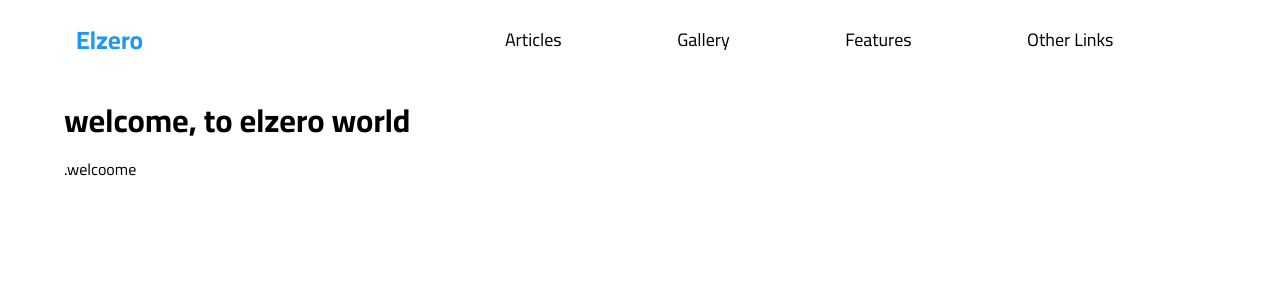
Repository: Toqa-25/elzeroAcdemey-Templete
Page: index.html
These files come from the project's save history. The page is drawn as it stood at one moment and after the next save; the edit follows.
The browser window is 1280 px wide. The pictures show the whole page.

Above is the page before, as saved 2022-01-16 20:55:25.

### index.html
<!DOCTYPE html>
<html lang="en">
<head>
    <meta charset="UTF-8">
    <meta http-equiv="X-UA-Compatible" content="IE=edge">
    <meta name="viewport" content="width=device-width, initial-scale=1.0">
    <!-- normalize file -->
    <link rel="stylesheet" href="css/normalize.css">
    <!-- css files -->
    <link rel="stylesheet" href="css/style.css">
    <!-- fontAwosem file -->
    <link rel="stylesheet" href="css/all.min.css">
     <!-- font files -->
     <link rel="preconnect" href="https://fonts.googleapis.com">
    <link rel="preconnect" href="https://fonts.gstatic.com" crossorigin>
    <link href="https://fonts.googleapis.com/css2?family=Cairo:wght@200;400;700;800;900&display=swap" rel="stylesheet">
    <!-- page title -->
    <title>templete 3</title>
</head>
<body>
    <!-- header section -->
    <header id="" class="">
        <div class="container">
            <div class="header-content">
                <div class="header-content-logo">
                    <a href="index.html" class="logo link-none">Elzero</a>
                </div>
                <nav>
                    <ul class="nav-list unlist">
                        <li class="nav-list-item"> <a href="" class="link-none  link-style" id="articles">articles</a></li>
                        <li class="nav-list-item"> <a href="" class="link-none  link-style" id="gallery">gallery</a></li>
                        <li class="nav-list-item"> <a href="" class="link-none  link-style" id="features">features</a></li>
                        <li class="nav-list-item" id="parent-other-links"> <a href="javascript:;" class="link-none  link-style " >other links</a>
                            <div class="other-links " id="child-other-links">
           <div class="other-links-content">
            <div class="other-links-content-img">
                <img src="images/header/Video files-amico.svg" alt="">
            </div>

            <ul class="other-links-list unlist">
            <div class="other-links-list-group-one">
              <li id="" class="other-links-list-item"><a href="" class="link-none  link-style "><i class="far fa-comments"></i> testimonials</a></li>
              <li id="" class="other-links-list-item"><a href="" class="link-none  link-style "><i class="far fa-user"></i> team member</a></li>
              <li id="" class="other-links-list-item"><a href="" class="link-none  link-style"><i class="far fa-building"></i> services</a></li>
              <li id="" class="other-links-list-item"><a href="" class="link-none  link-style"><i class="far fa-check-circle"></i> our skils</a></li>
              <li id="" class="other-links-list-item"><a href="" class="link-none  link-style"><i class="far fa-clipboard"></i> how it work</a></li>
            </div>
            <div class="other-links-list-group-one">
                <li id="" class="other-links-list-item"><a href="" class="link-none  link-style"><i class="far fa-calendar-alt"></i> events</a></li>
                <li id="" class="other-links-list-item"><a href="" class="link-none  link-style"><i class="fas fa-server"></i> pricing planes</a></li>
                <li id="" class="other-links-list-item"><a href="" class="link-none  link-style"><i class="far fa-play-circle"></i> top video</a></li>
                <li id="" class="other-links-list-item"><a href="" class="link-none  link-style"><i class="fas fa-chart-bar"></i> states</a></li>
                <li id="" class="other-links-list-item"><a href="" class="link-none  link-style"><i class="fas fa-percent"></i> request a discount</a></li>
            </div>
        </ul>
       </div>
       </div>
                        </li>

                    </ul>
                </nav>
            </div>
        </div>
    </header>
    <!-- welcom section -->
    <section id="welcome" class="welcome">
        <div class="container">
            <div class="welcome-content">
                <div class="welcome-content-text">
                    <h1 class="welcome-content-text">welcome, to elzero world</h1>
                    .welcoome
                </div>
                <div class="welcome-content-img"></div>
            </div>
        </div>

    </section>


       <script src="script.js">

       </script>
</body>
</html>

### css/style.css
 /*
  - container
  -section head

 */
 /* global style */
 :root{
     /* --main-color:#45B2F8; */
     --main-color:#2196F3;
     --s-background:#ececec54;
     /* --s-background:#ecececa4; */
     --p-color:#D6ECEC;
 }

 *{
     box-sizing: border-box;
     margin: 0;
     padding: 0;
 }
html , body{
    width: 100%;
    height: 100%;
    margin: 0;
    padding: 0;
    overflow: hidden;
}
 body{
     font-family: "Cairo", sans-serif;
 }
 .container{
      width: 90%;
      margin:0 auto;
      /* padding: 15px 0; */
 }
 .link-none{
     text-decoration: none;
 }
 .unlist{
     list-style: none;
 }
 .link-style{
    font-size: 18px;
    text-transform: capitalize;
 }

 /* header style */
 header{
   margin-bottom: 10px;
 }
.header-content{
    display: flex;
    justify-content: space-between;
    align-items: center;
    padding: 10px 12px ;
    margin-bottom: 10px;
}
.logo{
    font-weight: bolder;
    font-size:25px;
    color:var(--main-color)
}

nav{
    width: 70%;
}
.nav-list{
    display: flex;
    justify-content: space-evenly;
    align-items: center;
}
.nav-list-item {
    cursor: pointer;
    color:#000;
    padding: 20px  25px;
    position: relative;
    transition: background-color .2s ;
    -webkit-transition: background-color .2s ;
    -moz-transition: background-color .2s ;
    -ms-transition: background-color .2s ;
    -o-transition: background-color .2s ;
}
.nav-list-item::before{
    content: "";
    height: 3px;
    width: 0;
    background-color: var(--main-color);
    position: absolute;
    top: 0px;
    left: 0;
    transition: width .6s;
    -webkit-transition: width .6s;
    -moz-transition: width .6s;
    -ms-transition: width .6s;
    -o-transition: width .6s;
}
.nav-list-item a{
        color:#000;
}

.nav-list-item:hover  {
    background-color: var(--s-background);
}
.nav-list-item:hover  a {
    color:var(--main-color);
}
.nav-list-item:hover::before{
        width: 100%;
}
#parent-other-links{
    position: relative;
}
#parent-other-links:hover #child-other-links{
    transform:translateY(20px) ;
    -webkit-transform:translateY(20px) ;
    -moz-transform:translateY(20px) ;
    -ms-transform:translateY(20px) ;
    -o-transform:translateY(20px) ;
}
/* media query for header*/
@media (max-width:767px){
    .header-content{
        flex-direction:column ;
        padding:5px 12px;
}
.header-content-logo{
    margin-bottom: 5px;
}
nav{
    width: 80%;
}
.nav-list-item{
    padding:17px 10px;
}
.nav-list-item a{
    font-size: 15px;
}
}
/********************************************************************************************/
/* style for other links */
.other-links{
 /*margin-top: 10px;
 */margin: 10 auto;
 transform: translatey(1000%);
 -webkit-transform: translatey(1000%);
 -moz-transform: translatey(1000%);
 -ms-transform: translatey(1000%);
 -o-transform: translatey(1000%);
 transition: transform .5s;
 -webkit-transition: transform .5s;
 -moz-transition: transform .5s;
 -ms-transition: transform .5s;
 -o-transition: transform .5s;
}
.other-links-content{
    display: flex;
    border-bottom: 4px solid var(--main-color);
    border-top: 2px solid var(--s-background);
}
.other-links-content-img{
    margin:auto;
}
.other-links-content-img img{
    width: 100%;
}
.other-links-list{
    width:55%;
    display: flex;
    justify-content: space-between;
    padding: 10px;
    align-items: center;
}
.other-links-list-group-one{
    width:45%
}
.other-links-list-item{
    padding: 15px ;
    border-bottom: 1px solid rgba(0, 0, 0, 0.337);
    position: relative;
    cursor: pointer;

}
.other-links-list-item:last-child{
    border:none;
}
.other-links-list-item::before{
    content:"";
    position: absolute;
    top: 0;
    left: 0;
    height: 100%;
    width: 0%;
    background-color: var(--s-background);
    transition:width .5s;
    -webkit-transition:width .5s;
    -moz-transition:width .5s;
    -ms-transition:width .5s;
    -o-transition:width .5s;
}
.other-links-list-item:hover::before{
    width: 100%;
}
.other-links-list-item a{
    font-weight: bold;
    color:var(--main-color)
}
.other-links-list-item > a > i{
 margin-right: 10px;
}
.other{
    transform: translatey(20px);
    -webkit-transform: translatey(20px);
    -moz-transform: translatey(20px);
    -ms-transform: translatey(20px);
    -o-transform: translatey(20px);
}
#child-other-links{
    width:85vw;
    position: absolute;
    right: 5px;
    /* background-color: violet; */
}
@media(max-width:991px){
    #child-other-links{
     width:87vw;
    }
     .other-links-content-img{
        display: none;
    }
    .other-links-list{
        width: 100%;
    }
}
@media(max-width:767px){
    #child-other-links{
        width:100vw;
        margin-right: -166px;
    }
     .other-links-list{
        flex-direction: column;
    }
        .other-links-list-group-one{
    width:100%;
}
.other-links-list-item:last-child{
    border-bottom: 1px solid rgba(0, 0, 0, 0.337);
}
 .other-links-list-item a{
     font-size: 18px;
 }
}

### script.js
let otherParent = document.getElementById("parent-other-links");
let otherChild = document.getElementById("child-other-links");
otherParent.onclick = function () {
  otherChild.classList.toggle("other");
};

Loaded but not shown: css/normalize.css (library); css/all.min.css (library)

After the next save:
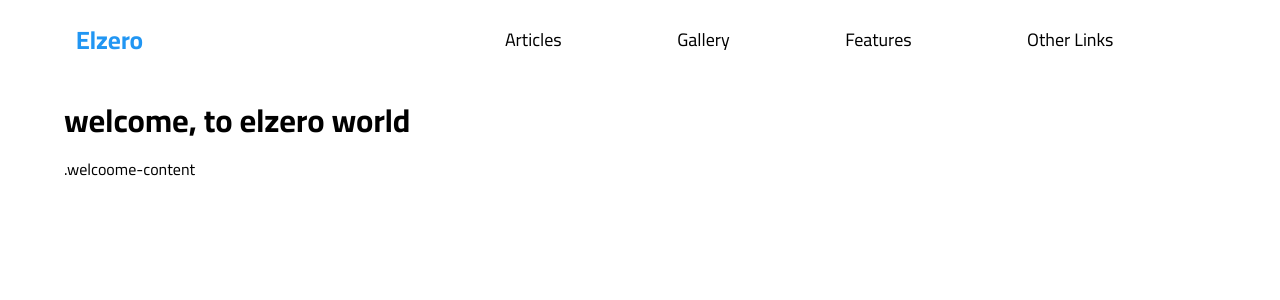
Saved 5 s later.
--- a/index.html
+++ b/index.html
@@ -68,7 +68,7 @@
             <div class="welcome-content">
                 <div class="welcome-content-text">
                     <h1 class="welcome-content-text">welcome, to elzero world</h1>
-                    .welcoome
+                    .welcoome-content
                 </div>
                 <div class="welcome-content-img"></div>
             </div>
